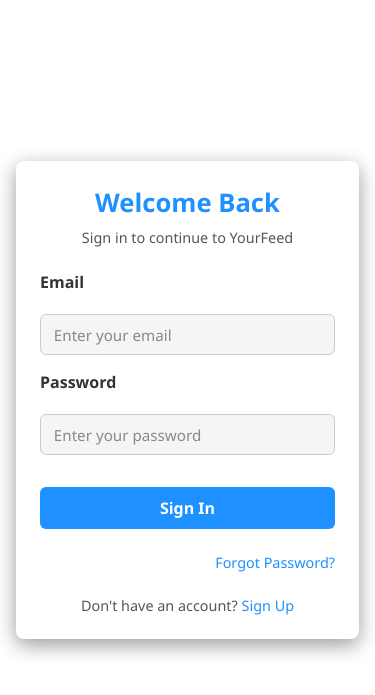
Repository: rizwanahmed2022/YourFees-BlogingApp
Page: login.html
An editor plug-in stored every save of this project. The page is shown before and after a run of saves, followed by the edit.
The browser window is 375 px wide. The pictures show the whole page.

Above is the page before, as saved 2025-11-09 21:33:15.

### login.html
<!DOCTYPE html>
<html lang="en">
<head>
  <meta charset="UTF-8">
  <meta name="viewport" content="width=device-width, initial-scale=1.0">
  <title>Login | YourFeed</title>
  <link rel="stylesheet" href="styles/login.css">
</head>
<body>

  <div class="login-container">
    <div class="login-card">
      <h1 class="login-title">Welcome Back</h1>
      <p class="login-subtitle">Sign in to continue to YourFeed</p>

      <form class="login-form">
        <label for="email">Email</label>
        <input type="email" id="email" placeholder="Enter your email" required>

        <label for="password">Password</label>
        <input type="password" id="password" placeholder="Enter your password" required>

        <button type="submit" class="btn sign-in">Sign In</button>

        <p class="forgot-password"><a href="#">Forgot Password?</a></p>
      </form>

      <p class="signup-text">Don't have an account? <a href="#">Sign Up</a></p>
    </div>
  </div>

</body>
</html>

### styles/login.css
:root {
  --color-primary: #1e90ff;
  --color-bg: #000000;        /* page background */
  --color-card-bg: #ffffff;   /* card background is white */
  --color-text: #000000;      /* text dark for white card */
  --color-input-bg: #f5f5f5;
  --color-shadow: rgba(0, 0, 0, 0.4);
  --color-primary-hover: #0066cc;
}

* {
  margin: 0;
  padding: 0;
  box-sizing: border-box;
  font-family: "Segoe UI", Tahoma, Geneva, Verdana, sans-serif;
}

body {
  color: var(--color-text);
  display: flex;
  justify-content: center;
  align-items: center;
  min-height: 100vh;
}

.login-container {
  width: 100%;
  padding: 1rem;
  display: flex;
  justify-content: center;
}

.login-card {
  background-color: var(--color-card-bg);
  padding: 2rem 3rem;
  border-radius: 12px;
  box-shadow: 0 6px 20px var(--color-shadow);
  width: 100%;
  max-width: 900px;  /* long width on desktop */
  text-align: center;
}

.login-title {
  font-size: 2rem;
  color: var(--color-primary);
  margin-bottom: 0.5rem;
}

.login-subtitle {
  font-size: 1rem;
  color: #555;
  margin-bottom: 1.5rem;
}

.login-form {
  display: flex;
  flex-direction: column;
  gap: 1rem;
  text-align: left;
}

.login-form label {
  font-weight: 600;
  margin-bottom: 0.3rem;
  color: #333;
}

.login-form input {
  padding: 0.6rem 0.8rem;
  border-radius: 6px;
  border: 1px solid #ccc;
  background-color: var(--color-input-bg);
  color: #000;
  font-size: 1rem;
}

.login-form input::placeholder {
  color: #888;
}

.login-form input:focus {
  outline: none;
  border-color: var(--color-primary);
  box-shadow: 0 0 5px rgba(30, 144, 255, 0.5);
}

.btn.sign-in {
  margin-top: 1rem;
  background-color: var(--color-primary);
  color: white;
  border: none;
  padding: 0.7rem;
  border-radius: 6px;
  cursor: pointer;
  font-weight: 600;
  transition: background-color 0.2s;
}

.btn.sign-in:hover {
  background-color: var(--color-primary-hover);
}

.forgot-password {
  font-size: 0.9rem;
  text-align: right;
  margin-top: 0.5rem;
}

.forgot-password a {
  color: var(--color-primary);
  text-decoration: none;
}

.forgot-password a:hover {
  text-decoration: underline;
}

.signup-text {
  margin-top: 1.5rem;
  font-size: 0.9rem;
  color: #555;
}

.signup-text a {
  color: var(--color-primary);
  text-decoration: none;
}

.signup-text a:hover {
  text-decoration: underline;
}

/* ======================
   Responsive for mobile
====================== */
@media (max-width: 600px) {
  .login-card {
    padding: 1.5rem 1.5rem;
    border-radius: 8px;
    max-width: 100%;
  }

  .login-title {
    font-size: 1.6rem;
  }

  .login-subtitle {
    font-size: 0.9rem;
  }

  .login-form input {
    font-size: 0.95rem;
  }

  .btn.sign-in {
    font-size: 1rem;
    padding: 0.6rem;
  }
}

After the next 2 saves:
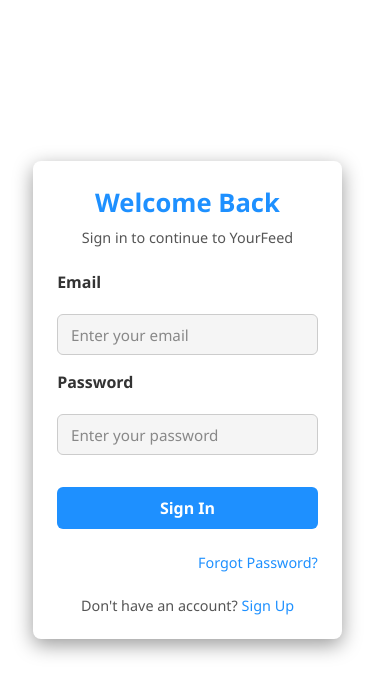
The 2 saves are shown as one change because they came seconds apart.
The last was saved 35 s later.
--- a/styles/login.css
+++ b/styles/login.css
@@ -136,8 +136,9 @@ body {
 @media (max-width: 600px) {
   .login-card {
     padding: 1.5rem 1.5rem;
+
     border-radius: 8px;
-    max-width: 100%;
+    max-width: 90%;
   }
 
   .login-title {
